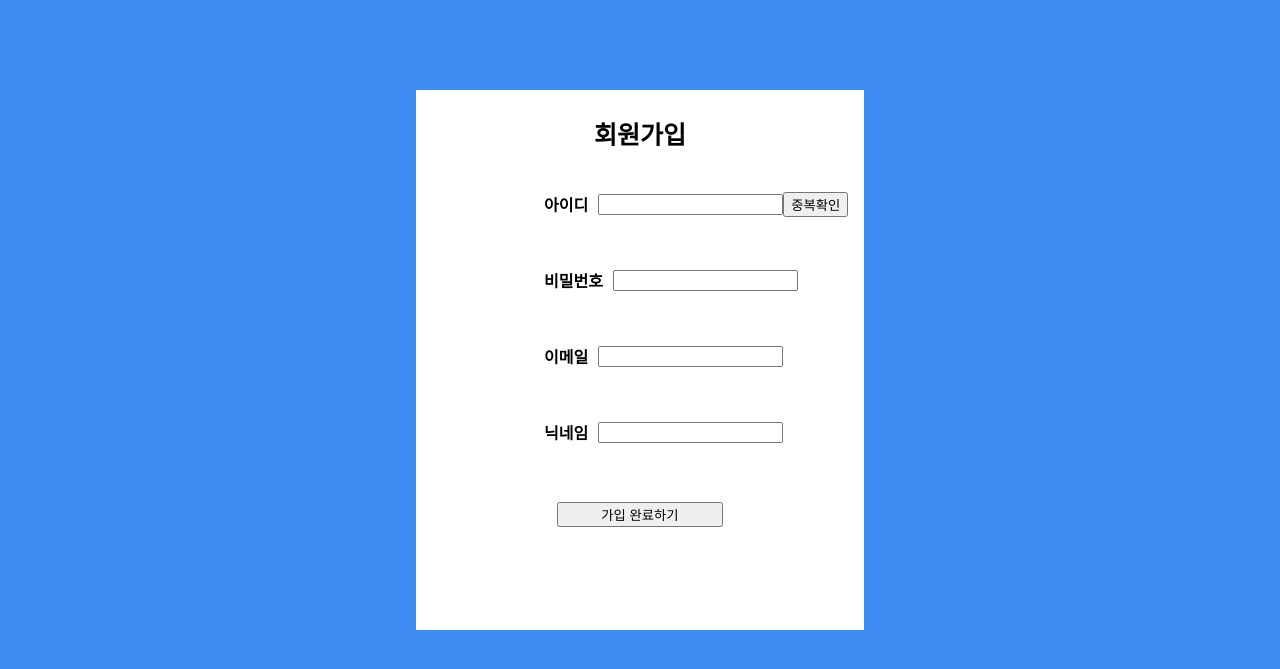
Repository: TeamCosine/Front
Page: /invite
These files come from the project's save history. The page is drawn as it stood at one moment and after the next save; the edit follows.
The browser window is 1280 px wide. The pictures show the whole page.
The project was rebuilt for these pictures with package versions that can differ from the ones it lists, and the page was loaded fresh each time. Also part of the build but not shown: src/components/home/Card.js, src/pages/Home.js, src/pages/Profile.js, src/pages/Login.js, src/components/MyInfo/Card.js, src/pages/MyInfo.js, src/pages/Write.js, src/components/common/Title.js and 1 more.

Above is the page before, as saved 2023-07-15 22:18:39.

### src/App.js
import React from 'react';
import './App.css';

import {BrowserRouter, Routes, Route} from 'react-router-dom';
import Home from './pages/Home';
import Profile from './pages/Profile';
import Login from './pages/Login';
import MyInfo from './pages/MyInfo';
import Write from './pages/Write';
import Qna from './pages/Qna';
import Invite from './pages/Invite';

function App() {
  return (
    <BrowserRouter>
    <div className="App">
      <Routes>
        <Route path = "/" element={<Login/>}/>
        <Route path = "/profile" element={<Profile/>}/>
        <Route path = "/myinfo" element = {<MyInfo/>} />
        <Route path = "/Write" element = {<Write/>} />
        <Route path = "/Qna" element={<Qna/>}/>
        <Route path = "/home" element = {< Home/>}/>
        <Route path = "/invite" element={<Invite/>}/>

      </Routes>
    </div>
    </BrowserRouter>
  );
}

export default App;

### src/pages/Invite.js
import React from 'react';
import styled from 'styled-components';

const Container = styled.div`
   width: 100vw;
   height: 100vh;
   background-color: #3E8DF4;
   display: flex;
   flex-direction: column;
   align-items: center;
   justify-content: center;
`;

const InviteContainer = styled.div`
   background-color: white;
   width: 35vw;
   height: 75vh;
`;

const FieldContainer = styled.div`
   display: flex;
   align-items: center;
   margin-bottom: 20px;
   text-align: center;

`;

const Label = styled.p`
   margin-right: 10px;
   font-weight: bold;
   text-align: center;
   padding-left: 10vw;
`;

const Input = styled.input``;

const Invitebtn = styled.button`
    width : 13vw;
    margin-top: 3vh;
`;

const Invite = () => {
   return (
      <>
         <Container>
            <InviteContainer>
               <p style={{ fontSize: '25px', fontWeight: 'bold' }}>회원가입</p>
               <FieldContainer>
                  <Label>아이디</Label>
                  <Input />
                  <button>중복확인</button>
               </FieldContainer>
               <FieldContainer>
                  <Label>비밀번호</Label>
                  <Input />
               </FieldContainer>
               <FieldContainer>
                  <Label>이메일</Label>
                  <Input />
               </FieldContainer>
               <FieldContainer>
                  <Label>닉네임</Label>
                  <Input />
               </FieldContainer>
               {/* button */}
               <Invitebtn>가입 완료하기</Invitebtn>
            </InviteContainer>
         </Container>
      </>
   );
};

export default Invite;

Loaded but not shown: public/index.html (common file); src/index.js (common file); src/index.css (common file); src/reportWebVitals.js (common file); src/App.css (common file)

After the next save:
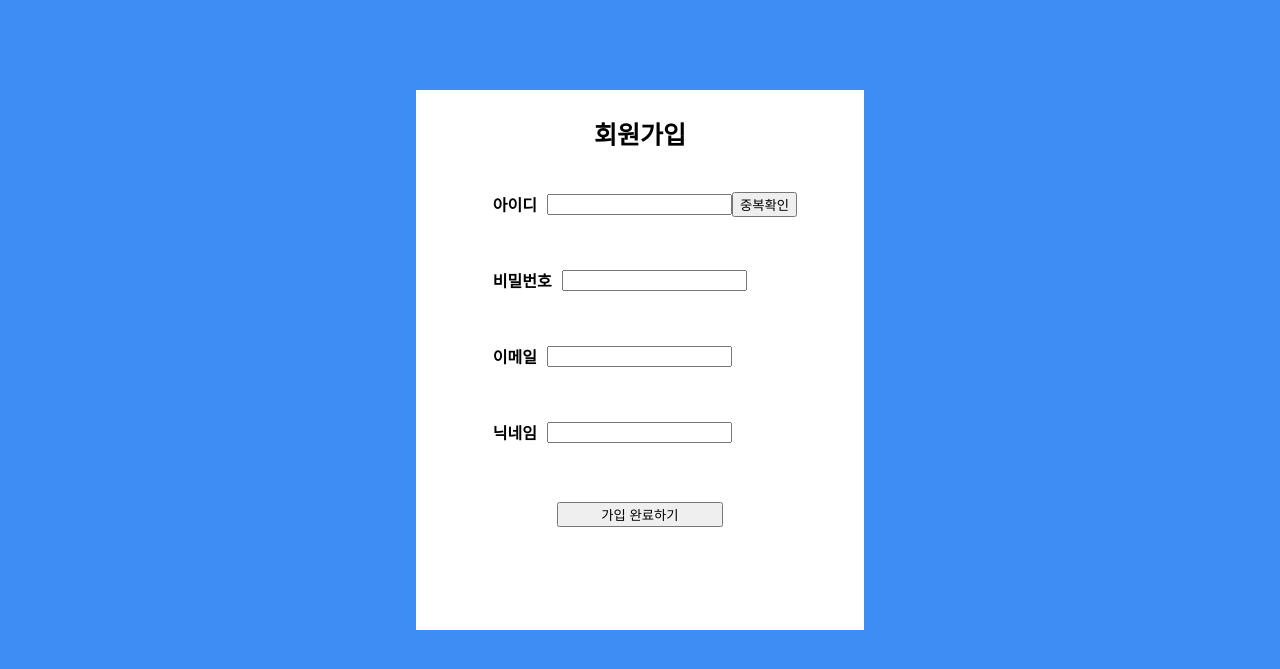
Saved 9 s later.
--- a/src/pages/Invite.js
+++ b/src/pages/Invite.js
@@ -29,7 +29,7 @@ const Label = styled.p`
    margin-right: 10px;
    font-weight: bold;
    text-align: center;
-   padding-left: 10vw;
+   padding-left: 6vw;
 `;
 
 const Input = styled.input``;
